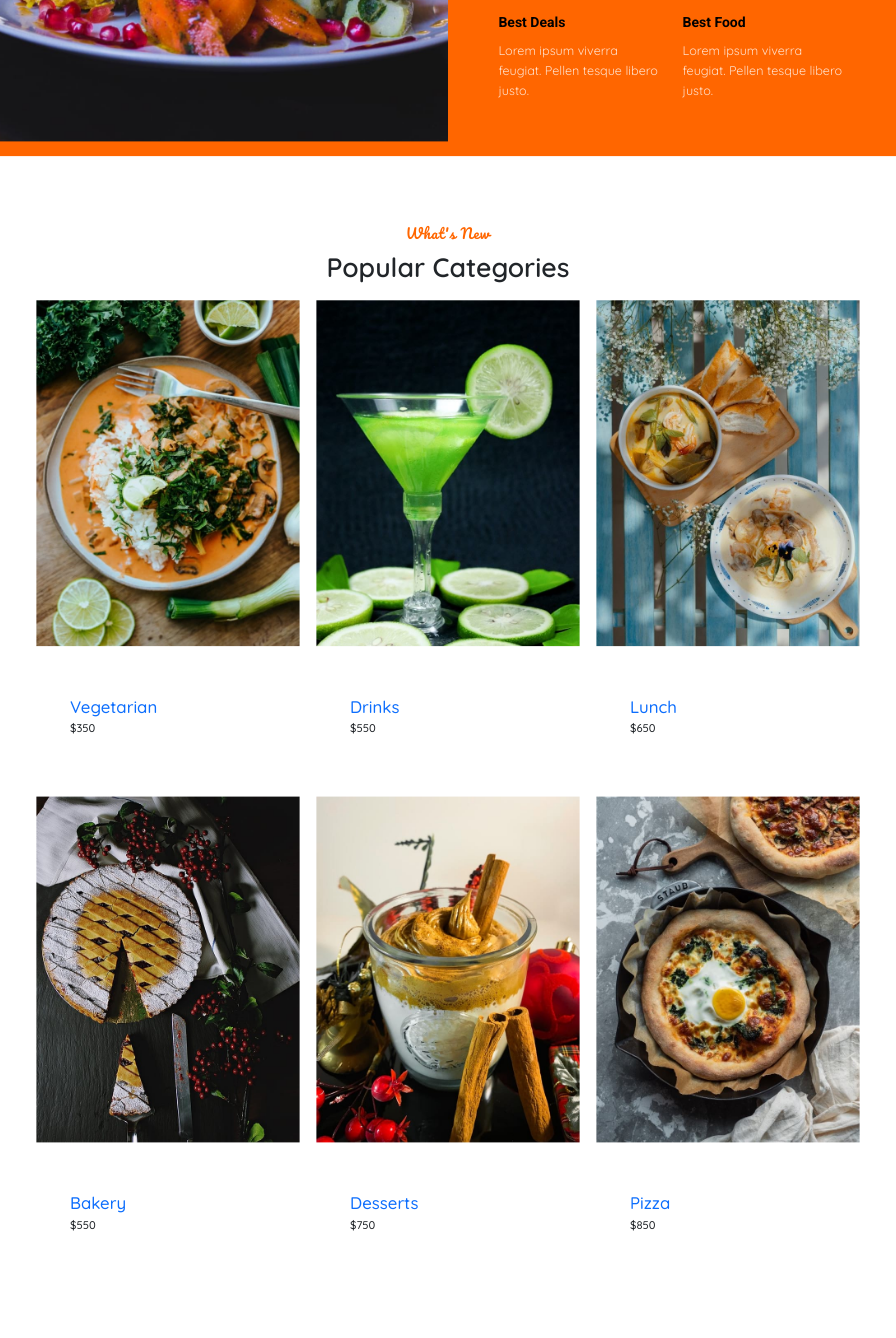
Repository: minhtrivu6199/Diner
Page: index.html
These files come from the project's save history. The page is drawn as it stood at one moment and after the next save; the edit follows.
The browser window is 1280 px wide. The pictures show the part of the page from y = 1540 to 3460 px (the page is 3452 px tall before and 3460 px after), at 70% of full size.
Backgrounds fixed to the window are drawn as part of the page. The style sheet was rebuilt from its Sass, Less or Tailwind sources for each picture, by a compiler version that may differ from the author's.

Above is the page before, as saved 2022-10-10 17:01:25.

### index.html
<!DOCTYPE html>
<html lang="en">
  <head>
    <title>Diner</title>
    <!-- Required meta tags -->
    <meta charset="utf-8" />
    <meta
      name="viewport"
      content="width=device-width, initial-scale=1, shrink-to-fit=no"
    />
    <!-- FontAwesome 6.2.0 CSS -->
    <link
      rel="stylesheet"
      href="https://cdnjs.cloudflare.com/ajax/libs/font-awesome/6.2.0/css/all.min.css"
      integrity="sha512-xh6O/CkQoPOWDdYTDqeRdPCVd1SpvCA9XXcUnZS2FmJNp1coAFzvtCN9BmamE+4aHK8yyUHUSCcJHgXloTyT2A=="
      crossorigin="anonymous"
      referrerpolicy="no-referrer"
    />

    <!-- Font -->
    <link rel="preconnect" href="https://fonts.googleapis.com" />
    <link rel="preconnect" href="https://fonts.gstatic.com" crossorigin />
    <link
      href="https://fonts.googleapis.com/css2?family=Roboto:wght@100;300;400;500;700;900&display=swap"
      rel="stylesheet"
    />
    <link
      href="https://fonts.googleapis.com/css2?family=Pacifico&display=swap"
      rel="stylesheet"
    />
    <link
      href="https://fonts.googleapis.com/css2?family=Quicksand:wght@300;400;500;600;700&display=swap"
      rel="stylesheet"
    />

    <!-- Bootstrap CSS v5.2.1 -->
    <link
      href="https://cdn.jsdelivr.net/npm/bootstrap@5.2.1/dist/css/bootstrap.min.css"
      rel="stylesheet"
      integrity="sha384-iYQeCzEYFbKjA/T2uDLTpkwGzCiq6soy8tYaI1GyVh/UjpbCx/TYkiZhlZB6+fzT"
      crossorigin="anonymous"
    />
    <!-- CSS -->
    <link rel="stylesheet" href="./css/style.min.css" />
  </head>

  <body>
    <!-- HEADER BANNER -->
    <section class="header-banner">
      <div class="container">
        <!-- BANNER HEADER -->
        <div class="banner-header">
          <div class="banner-logo">
            <h1>
              <a href="" class="logo-brand">Diner</a>
            </h1>
          </div>
          <div class="banner-right-content">
            <div class="search-bar">
              <form class="search position-relative">
                <input
                  type="search"
                  class="search-input"
                  placeholder="Search here..."
                />
                <span class="fa fa-search search-icon"></span>
              </form>
            </div>
            <div class="menu text-center">
              <div class="mobile-position">
                <nav class="navigation">
                  <!-- <div class="theme-switch-wrapper">
                    <label for="checkbox" class="theme-switch">
                      <input type="checkbox" id="checkbox" />
                      <div class="mode-container">
                        <i class="fa fa-sun"></i>
                        <i class="fa fa-moon"></i>
                      </div>
                    </label>
                  </div> -->
                </nav>
              </div>
              <div class="mobile-nav-button text-center">
                <button id="trigger-overlay" type="button">
                  <i class="fa fa-bars" aria-hidden="true"></i>
                </button>
              </div>
            </div>
          </div>
          <!-- NAV MENU -->
          <div class="overlay overlay-scale">
            <button type="button" class="overlay-close">
              <i class="fa fa-times" aria-hidden="true"></i>
            </button>

            <nav>
              <ul>
                <li><a href="index.html" class="active">Home</a></li>
                <li><a href="about.html">About</a></li>
                <li><a href="services.html">Services</a></li>
                <li><a href="blog.html">Blog</a></li>
                <li><a href="error.html">404</a></li>
                <li><a href="">Landing Page</a></li>
                <li><a href="contact.html">Contact</a></li>
                <li><a href="">Shot Codes</a></li>
                <li><a href="">Email</a></li>
              </ul>
            </nav>
          </div>
          <!-- END NAV MENU -->
        </div>
        <!-- END BANNER HEADER -->
        <div class="banner-info">
          <h3 class="mb-4 title">The only thing we love more than food is you!</h3>
          <div class="separator"></div>
          <p class="pr-lg-5 mt-md-4 mt-3">
            Lorem ipsum dolor sit amet consectetur ipsum elit. Qui eligendi
            vitae sit.Ea ipsum sed consequuntur illum facere.
          </p>
          <a class="btn btn-white mt-sm-5 mt-4 mr-2" href="about.html">
            Read More
            <span class="fa fa-chevron-right ms-2" aria-hidden="true"></span>
          </a>
        </div>
      </div>
    </section>
    <!-- END HEADER -->

    <!-- ABOUT -->
    <section class="about-us py-5">
      <div class="container py-md-5">
        <div class="row content">
          <div class="col-lg-5 content-left">
            <div class="about-title">
              <h6 class="subtitle">About Us</h6>
              <h3 class="title mb-4">
                We found our creative space that is open for you.
              </h3>
            </div>
          </div>
          <div class="col-lg-7 content-right ps-lg-5">
            <p>
              Lorem ipsum viverra feugiat. Pellen tesque libero ut justo, ultrices in ligula. Semper at tempufddfel. Lorem ipsum dolor sit amet elit. Non quae, fugiat nihil ad. Lorem ipsum dolor sit amet. Lorem ipsum init dolor sit, amet elit. Dolor ipsum non velit, culpa!Lorem ipsum init dolor sit.
            </p>
            <p class="mt-3">
              Lorem ipsum viverra feugiat. Pellen tesque libero ut justo, ultrices in ligula. Semper at tempufddfel. Lorem ipsum dolor sit amet elit. Non quae, fugiat nihil ad. Lorem ipsum dolor sit amet.
            </p>
          </div>
        </div>
      </div>
    </section>
    <!-- END ABOUT -->

    <!-- AGENT -->
    <section class="agent">
      <div class="container-fluid">
        <div class="row align-items-center gx-0">
          <div class="col-lg-6 pt-lg-0 pt-5">
            <div class="agent-image"></div>
          </div>
          <div class="col-lg-6 px-lg-4 py-lg-3 py-4">
            <div class="agent-info p-md-5 p-3">
              <h6 class="subtitle">
                More than 3000 Restaurants
              </h6>
              <h3 class="title">
                Book a table easly at the best price
              </h3>
              <p class="my-3">
                Vestibulum ante ipsum primis in faucibus orci luctus turpis sodales quis. Integer sit amet mattis quam.Vivamus a ligula quam tesque et libero ut justo ultrices in.
              </p>
              <div class="agent-interactive mt-5">
                <div class="gd">
                  <div class="icon mb-4">
                    <span class="fa fa-thumbs-up"></span>
                  </div>
                  <a href="#" class="gd-link">Best Deals</a>
                  <p class="mt-2">
                    Lorem ipsum viverra feugiat. Pellen tesque libero justo.
                  </p>
                </div>
                <div class="gd">
                  <div class="icon mb-4">
                    <span class="fa fa-cutlery"></span>
                  </div>
                  <a href="#" class="gd-link">Best Food</a>
                  <p class="mt-2">
                    Lorem ipsum viverra feugiat. Pellen tesque libero justo.
                  </p>
                </div>
              </div>
            </div>
          </div>
        </div>
      </div>
    </section>
    <!-- END AGENT -->

    <!-- CATEGORIES -->
    <section class="categories py-5">
      <div class="container py-md-5 py-2">
        <div class="text-center">
          <h6 class="subtitle">
            What's New
          </h6>
          <h3 class="title">
            Popular Categories
          </h3>
        </div>
        <div class="categories-product row pt-lg-3 pt-4">
          <div class="col-lg-4 col-6 mt-lg-0 mt-4">
            <div class="product-card-img">
              <a href="#">
                <img src="./img/g1.jpg" alt="" class="img img-fluid">
              </a>
            </div>
            <div class="product-card-info p-md-5 p-4">
              <a href="#">
                <h4 class="mt-4 mb-0">Vegetarian</h4>
              </a>
              <h6 class="mt-sm-2 mt-1">
                <span>$350</span>
              </h6>
            </div>
          </div>
          <div class="col-lg-4 col-6 mt-lg-0 mt-4">
            <div class="product-card-img">
              <a href="#">
                <img src="./img/g2.jpg" alt="" class="img img-fluid">
              </a>
            </div>
            <div class="product-card-info p-md-5 p-4">
              <a href="#">
                <h4 class="mt-4 mb-0">Drinks</h4>
              </a>
              <h6 class="mt-sm-2 mt-1">
                <span>$550</span>
              </h6>
            </div>
          </div>
          <div class="col-lg-4 col-6 mt-lg-0 mt-4">
            <div class="product-card-img">
              <a href="#">
                <img src="./img/g3.jpg" alt="" class="img img-fluid">
              </a>
            </div>
            <div class="product-card-info p-md-5 p-4">
              <a href="#">
                <h4 class="mt-4 mb-0">Lunch</h4>
              </a>
              <h6 class="mt-sm-2 mt-1">
                <span>$650</span>
              </h6>
            </div>
          </div>
          <div class="col-lg-4 col-6 pt-lg-2 mt-4">
            <div class="product-card-img">
              <a href="#">
                <img src="./img/g4.jpg" alt="" class="img img-fluid">
              </a>
            </div>
            <div class="product-card-info p-md-5 p-4">
              <a href="#">
                <h4 class="mt-4 mb-0">Bakery</h4>
              </a>
              <h6 class="mt-sm-2 mt-1">
                <span>$550</span>
              </h6>
            </div>
          </div>
          <div class="col-lg-4 col-6 pt-lg-2 mt-4">
            <div class="product-card-img">
              <a href="#">
                <img src="./img/g5.jpg" alt="" class="img img-fluid">
              </a>
            </div>
            <div class="product-card-info p-md-5 p-4">
              <a href="#">
                <h4 class="mt-4 mb-0">Desserts</h4>
              </a>
              <h6 class="mt-sm-2 mt-1">
                <span>$750</span>
              </h6>
            </div>
          </div>
          <div class="col-lg-4 col-6 pt-lg-2 mt-4">
            <div class="product-card-img">
              <a href="#">
                <img src="./img/g6.jpg" alt="" class="img img-fluid">
              </a>
            </div>
            <div class="product-card-info p-md-5 p-4">
              <a href="#">
                <h4 class="mt-4 mb-0">Pizza</h4>
              </a>
              <h6 class="mt-sm-2 mt-1">
                <span>$850</span>
              </h6>
            </div>
          </div>
        </div>
      </div>
    </section>
    <!-- END CATEGORIES -->

    <!-- Bootstrap JavaScript Libraries -->
    <script
      src="https://cdn.jsdelivr.net/npm/@popperjs/core@2.11.6/dist/umd/popper.min.js"
      integrity="sha384-oBqDVmMz9ATKxIep9tiCxS/Z9fNfEXiDAYTujMAeBAsjFuCZSmKbSSUnQlmh/jp3"
      crossorigin="anonymous"
    ></script>

    <script
      src="https://cdn.jsdelivr.net/npm/bootstrap@5.2.1/dist/js/bootstrap.min.js"
      integrity="sha384-7VPbUDkoPSGFnVtYi0QogXtr74QeVeeIs99Qfg5YCF+TidwNdjvaKZX19NZ/e6oz"
      crossorigin="anonymous"
    ></script>

    <!-- JS -->
    <script src="./js/modernizr-2.6.2.min.js"></script>
    <script src="./js/classie.js"></script>
    <script src="./js/main.js"></script>
  </body>
</html>

### js/classie.js
/*!
 * classie - class helper functions
 * from bonzo https://github.com/ded/bonzo
 *
 * classie.has( elem, 'my-class' ) -> true/false
 * classie.add( elem, 'my-new-class' )
 * classie.remove( elem, 'my-unwanted-class' )
 * classie.toggle( elem, 'my-class' )
 */

/*jshint browser: true, strict: true, undef: true */
/*global define: false */

(function (window) {
  "use strict";

  // class helper functions from bonzo https://github.com/ded/bonzo

  function classReg(className) {
    return new RegExp("(^|\\s+)" + className + "(\\s+|$)");
  }

  // classList support for class management
  // altho to be fair, the api sucks because it won't accept multiple classes at once
  var hasClass, addClass, removeClass;

  if ("classList" in document.documentElement) {
    hasClass = function (elem, c) {
      return elem.classList.contains(c);
    };
    addClass = function (elem, c) {
      elem.classList.add(c);
    };
    removeClass = function (elem, c) {
      elem.classList.remove(c);
    };
  } else {
    hasClass = function (elem, c) {
      return classReg(c).test(elem.className);
    };
    addClass = function (elem, c) {
      if (!hasClass(elem, c)) {
        elem.className = elem.className + " " + c;
      }
    };
    removeClass = function (elem, c) {
      elem.className = elem.className.replace(classReg(c), " ");
    };
  }

  function toggleClass(elem, c) {
    var fn = hasClass(elem, c) ? removeClass : addClass;
    fn(elem, c);
  }

  var classie = {
    // full names
    hasClass: hasClass,
    addClass: addClass,
    removeClass: removeClass,
    toggleClass: toggleClass,
    // short names
    has: hasClass,
    add: addClass,
    remove: removeClass,
    toggle: toggleClass,
  };

  // transport
  if (typeof define === "function" && define.amd) {
    // AMD
    define(classie);
  } else {
    // browser global
    window.classie = classie;
  }
})(window);

### js/main.js
(function () {
  var container = document.querySelector("div.container"),
    triggerBttn = document.getElementById("trigger-overlay"),
    overlay = document.querySelector("div.overlay"),
    closeBttn = overlay.querySelector("button.overlay-close");
  (transEndEventNames = {
    WebkitTransition: "webkitTransitionEnd",
    MozTransition: "transitionend",
    OTransition: "oTransitionEnd",
    msTransition: "MSTransitionEnd",
    transition: "transitionend",
  }),
    (transEndEventName = transEndEventNames[Modernizr.prefixed("transition")]),
    (support = { transitions: Modernizr.csstransitions });

  function toggleOverlay() {
    if (classie.has(overlay, "open")) {
      classie.remove(overlay, "open");
      classie.remove(container, "overlay-open");
      classie.add(overlay, "close");
      var onEndTransitionFn = function (ev) {
        if (support.transitions) {
          if (ev.propertyName !== "visibility") return;
          this.removeEventListener(transEndEventName, onEndTransitionFn);
        }
        classie.remove(overlay, "close");
      };
      if (support.transitions) {
        overlay.addEventListener(transEndEventName, onEndTransitionFn);
      } else {
        onEndTransitionFn();
      }
    } else if (!classie.has(overlay, "close")) {
      classie.add(overlay, "open");
      classie.add(container, "overlay-open");
    }
  }

  triggerBttn.addEventListener("click", toggleOverlay);
  closeBttn.addEventListener("click", toggleOverlay);
})();

### scss/style.scss
@import "./base/variables";
@import "./pages/components/menu";

.header-banner {
  background-image: linear-gradient(to right, $orange, hsl(30deg 100% 1% / 20%)),
    url(../img/banner1.jpg);
  background-size: cover;
  background-position: initial;
  background-repeat: no-repeat;
  background-attachment: fixed;
  min-height: 700px;
  .container {
    .banner-header {
      display: flex;
      justify-content: space-between;
      align-items: center;
      padding: 40px 0 20px 0;
      .banner-logo {
        .logo-brand {
          font-size: 36px;
          font-weight: 700;
          color: $white;
        }
      }

      .banner-right-content {
        display: flex;
        justify-content: center;
        align-items: center;
        .search-bar {
          display: flex;
          .search {
            .search-input {
              padding: 10px 50px 10px 20px;
              height: 45px;
              font-size: 16px;
              color: $font-color;
              font-weight: 400;
              border-radius: 6px;
              position: relative;
              right: 0;
              background: $white;
              outline: 0;
              border: 1px solid $white;
            }
            .search-icon {
              position: absolute;
              right: 20px;
              font-size: 15px;
              cursor: pointer;
              top: 15px;
            }
          }
        }

        .menu {
          display: flex;
          justify-content: center;
          align-items: center;
          .mobile-nav-button {
            margin-left: 1rem;
          }
        }
      }
    }

    .banner-info {
      max-width: 600px;
      text-align: left;
      margin-top: 100px;
      h3 {
        font-size: 54px;
        line-height: 64px;
        text-transform: capitalize;
        color: $white;
      }
      p {
        font-size: 16px;
        line-height: 28px;
        color: $white;
      }

      .btn-white {
        background: transparent;
        border: 2px solid $white;
        color: $white;
        padding: 12px 45px;
        font-size: 16px;
        line-height: 30px;
        font-weight: 700;
        transition: 0.3s ease-in;
        border-radius: 6px;

        &:hover {
          background: $white;
          color: $orange;
        }
      }
    }
  }
}

.about-us {
  .container {
    .content {
      .content-right {
        p {
          color: $font-color;
        }
      }
    }
  }
}

.agent {
  background: $orange;
  .container-fluid {
    margin: 0;
    padding: 0;
    .agent-image {
      background-image: url(../img/banner3.jpg);
      background-repeat: no-repeat;
      background-size: cover;
      background-position: center;
      position: relative;
      z-index: 1;
      min-height: 600px;
    }

    .agent-info {
      .subtitle {
        color: $white;
      }
      p {
        color: #ffdfc9;
      }
    }

    .agent-interactive {
      display: grid;
      grid-template-columns: 1fr 1fr;
      gap: 30px;
      .gd {
        &:hover .icon span.fa {
            color: $warning;
            transition: 0.3s ease-in-out;
        }
        .icon {
          background: $white;
          width: 70px;
          height: 70px;
          text-align: center;
          line-height: 70px;
          border-radius: 6px;
          transition: 0.3s ease-in-out;
          span.fa {
            color: $orange;
            font-size: 25px;
            line-height: 70px;
          }
        }
        .gd-link {
          color: #000;
          font-weight: 700;
          line-height: 1.2;
          margin-bottom: 15px;
          font-size: 20px;
          display: block;
        }
      }
    }
  }
}

### scss/base/_variables.scss
// Color
$blue: #007bff;
$indigo: #6610f2;
$purple: #6f42c1;
$pink: #e83e8c;
$red: #dc3545;
$orange: #ff6600;
$yellow: #ffc107;
$green: #28a745;
$teal: #20c997;
$cyan: #17a2b8;
$white: #fff;
$gray: #6c757d;
$gray-dark: #343a40;
$light-orange: #f8b195;
$success: #28a745;
$info: #17a2b8;
$warning: #ffc107;
$danger: #dc3545;
$light: #f8f9fa;
$dark: #343a40;
$font-color: rgba(22, 28, 45, 0.7);

*, ::after, ::before {
    margin: 0;
    padding: 0;
    box-sizing: border-box;
}

html,
body {
  font-family: "Roboto", sans-serif;
}
a {
  text-decoration: none;
  background-color: transparent;
  cursor: pointer;
}

.container {
    max-width: 1200px;
}

.subtitle {
    font-family: 'Pacifico', cursive;
    font-size: 20px;
    font-weight: 400;
    line-height: 30px;
    letter-spacing: 1px;
    color: $orange;
}

.title {
    font-size: 38px;
    line-height: 48px;
    font-weight: 600;
    font-family: 'Quicksand', sans-serif;
}

p {
    font-size: 18px;
    line-height: 28px;
    font-family: 'Quicksand', sans-serif;
}

h1,h2,h3,h4,h5,h6 {
    font-family: 'Quicksand', sans-serif;
}

### scss/pages/components/_menu.scss
@import '../../base/variables';
.overlay {
	position: fixed;
	width: 100%;
	height: 100%;
	top: 0;
	left: 0;
	background: rgb(6 3 0 / 77%);
}

/* Overlay closing cross */
.overlay .overlay-close {
    width: 40px;
    height: 40px;
    position: absolute;
    right: 40px;
    top: 40px;
    overflow: hidden;
    border: none;
    background: $orange;
    color: #fff;
    border-radius: 6px;
}

button#trigger-overlay {
	outline: none;
	border: none;
	background: none;
	text-align: center;
	color: #fbfdfb;
	font-size: 1.95em;
	padding: 0 8px;
}

/* Menu style */
.overlay nav {
	text-align: center;
	position: relative;
	top: 50%;
	height: 60%;
	-webkit-transform: translateY(-50%);
	transform: translateY(-50%);
}
.overlay ul {
	list-style: none;
	padding: 0;
	margin: 0 auto;
	display: inline-block;
	height: 100%;
	position: relative;
}
.overlay ul li {
	display: block;
	-webkit-backface-visibility: hidden;
	backface-visibility: hidden;
    line-height:3em;
}
.overlay ul li a {
	font-size: 20px;
	font-weight: 600;
	display: block;
	color: #fff;
	-webkit-transition: color 0.2s;
	transition: color 0.2s;
}

.overlay ul li a:hover,
.overlay ul li a:focus {
	color: $orange;
}

/* Effects */
.overlay-scale {
	visibility: hidden;
	opacity: 0;
	-webkit-transform: scale(0.9);
	transform: scale(0.9);
	-webkit-transition: -webkit-transform 0.2s, opacity 0.2s, visibility 0s 0.2s;
	transition: transform 0.2s, opacity 0.2s, visibility 0s 0.2s;
}

.overlay-scale.open {
	visibility: visible;
	opacity: 1;
	-webkit-transform: scale(1);
	transform: scale(1);
	-webkit-transition: -webkit-transform 0.4s, opacity 0.4s;
	transition: transform 0.4s, opacity 0.4s;
}

@media screen and (max-height: 30.5em) {
	.overlay nav {
		height: 70%;
		font-size: 34px;
	}

	.overlay ul li {
		min-height: 34px;
	}
}
@media (max-width:767px) {
	.overlay ul li a {
		font-size: 16px;
	}
	.overlay ul li {
		line-height: 2.5em;
	}
}
@media (max-width:600px) {
	.overlay ul li a {
		font-size: 16px;
	}
	.overlay ul li {
		line-height: 2.2em;
	}
}

Loaded but not shown: js/modernizr-2.6.2.min.js (library)

After the next save:
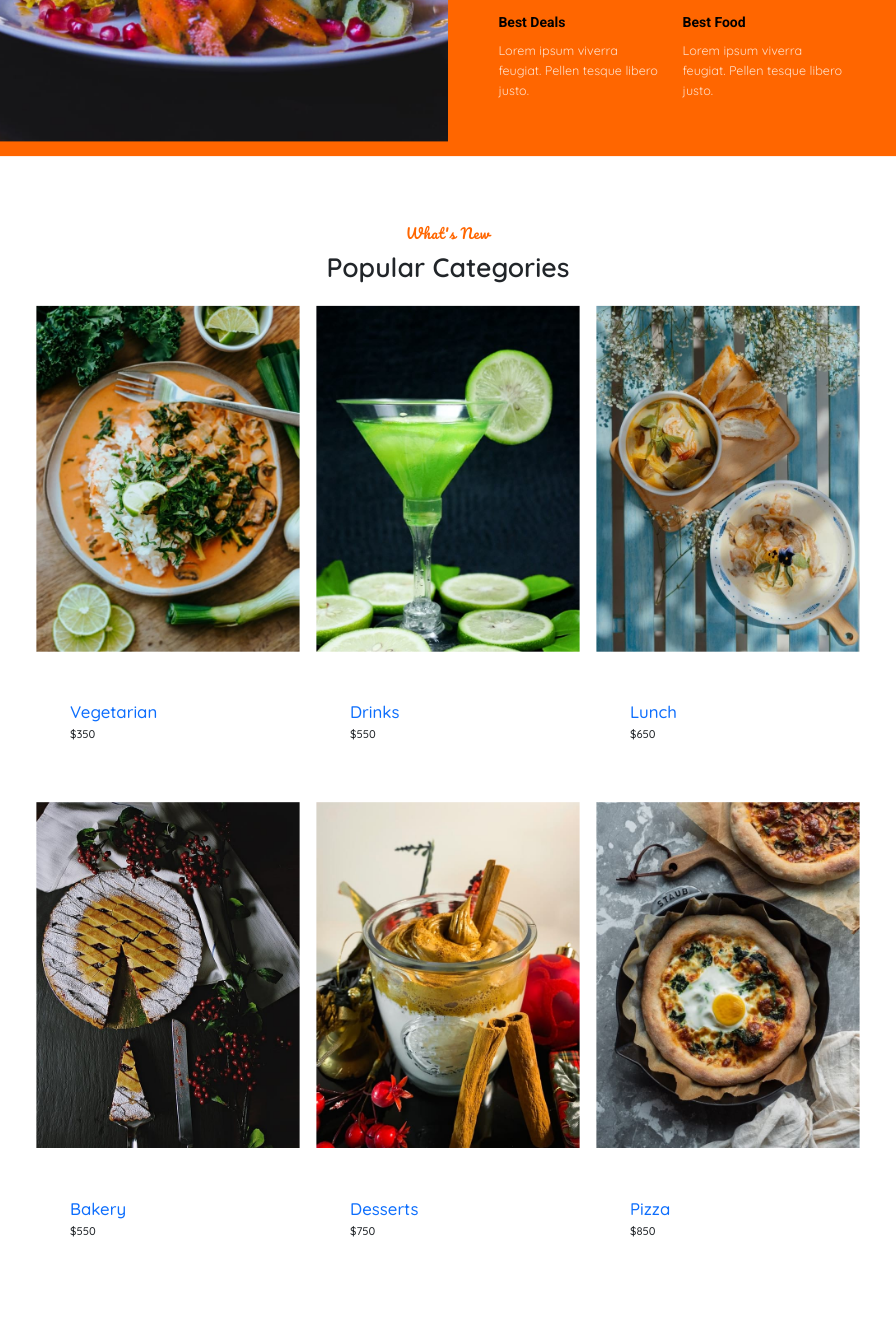
Saved 10 s later.
--- a/index.html
+++ b/index.html
@@ -207,7 +207,7 @@
             Popular Categories
           </h3>
         </div>
-        <div class="categories-product row pt-lg-3 pt-4">
+        <div class="categories-product row pt-lg-4 pt-5">
           <div class="col-lg-4 col-6 mt-lg-0 mt-4">
             <div class="product-card-img">
               <a href="#">
